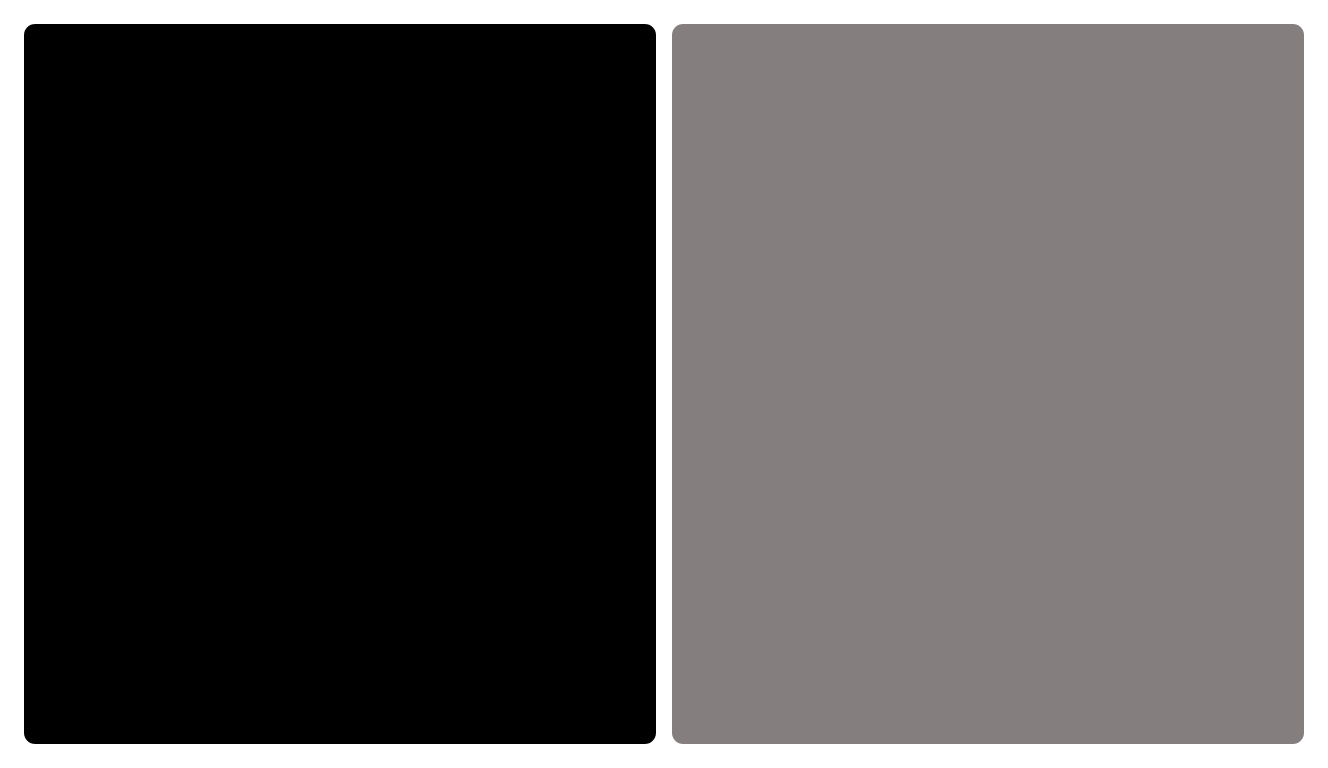
Repository: swarnabha-dutta/ai-code-reviewer
Page: / (app in frontend/)
These files come from the project's save history. The page is drawn as it stood at one moment and after the next save; the edit follows.
The browser window is 1280 px wide. The page is 1328 px wide, so the pictures cover 1328 px, including what lies to the right of the window. The pictures show the whole page.
The project was rebuilt for these pictures with package versions that can differ from the ones it lists, and the page was loaded fresh each time. Also part of the build but not shown: frontend/vite.config.js.

Above is the page before, as saved 2025-06-07 08:35:35.

After the next save:
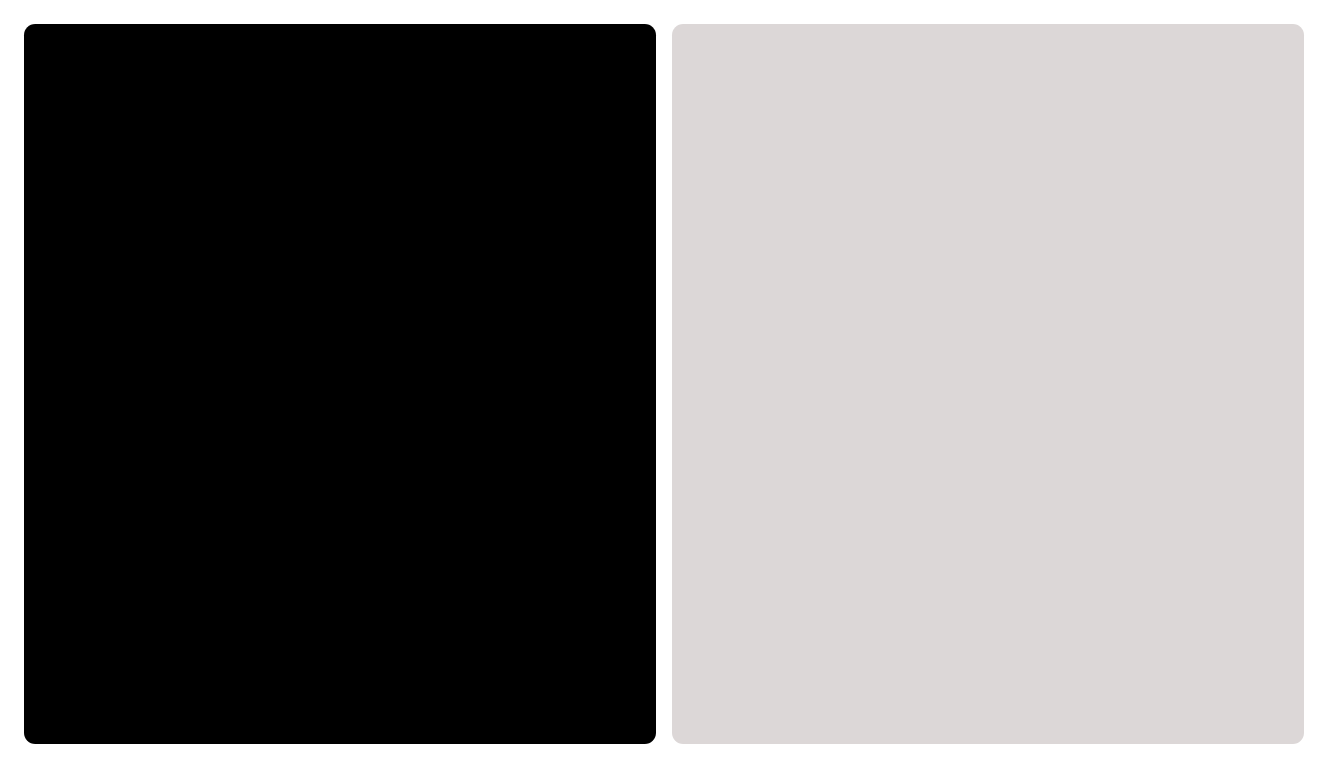
Saved 11 s later.
--- a/frontend/src/App.css
+++ b/frontend/src/App.css
@@ -31,5 +31,5 @@ main .left {
 }
 
 main .right {
-  background-color: #857e7e;
+  background-color: #dcd7d7;
 }
